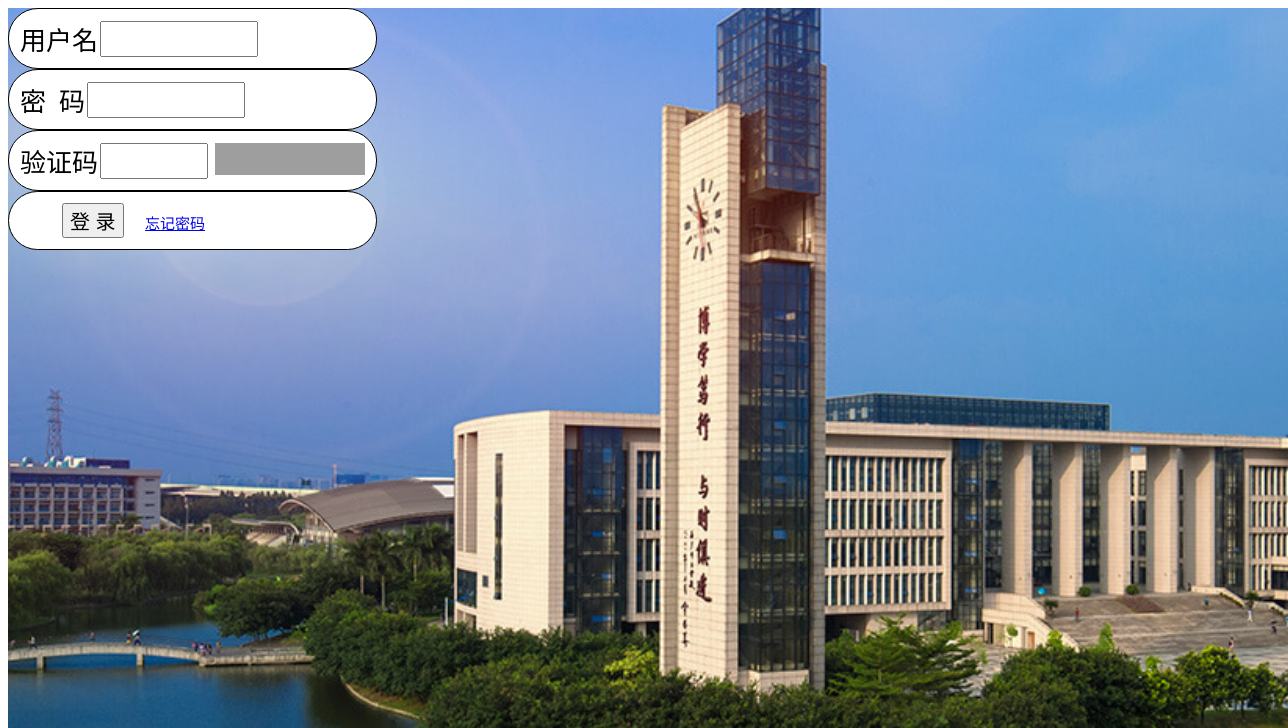
Repository: IAmJiangWenHao/ReportServer
Page: demo.html
An editor plug-in stored every save of this project. The page is shown before and after the next save, followed by the edit.
The browser window is 1280 px wide. The page is 1288 px wide, so the pictures cover 1288 px, including what lies to the right of the window. The pictures show the whole page.
Pictures or frames that could not be fetched are drawn as grey boxes.

Above is the page before, as saved 2023-05-16 12:06:05.

After the next save:
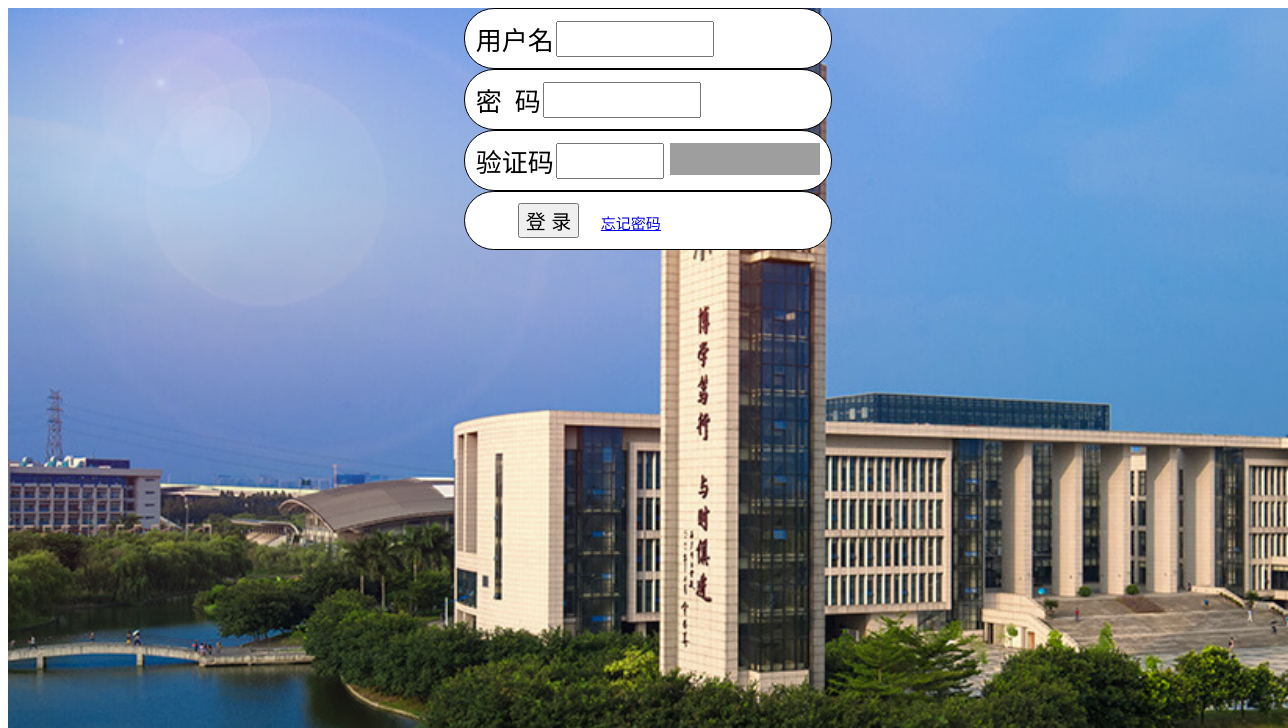
Saved 26 s later.
--- a/demo.html
+++ b/demo.html
@@ -17,7 +17,7 @@ dfv{
 }
 table{
   display: flex;
-  justify-items: center;
+  justify-content: center;
   align-items: center;
 }
 table tbody tr{
